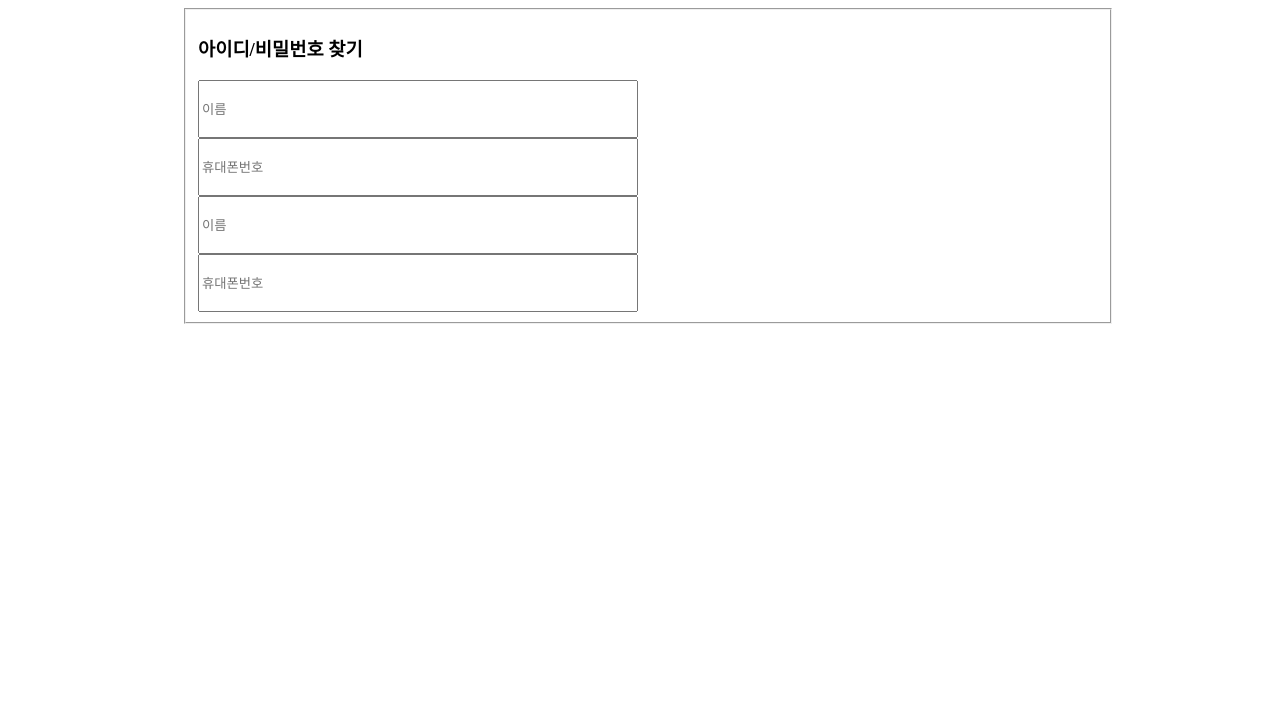
Repository: agheha/trillion
Page: YH/study_project/html/find.html
An editor plug-in stored every save of this project. The page is shown before and after a run of saves, followed by the edit.
The browser window is 1280 px wide. The page is 1288 px wide, so the pictures cover 1288 px, including what lies to the right of the window. The pictures show the whole page.

Above is the page before, as saved 2019-09-04 18:24:23.

### YH/study_project/html/find.html
<!DOCTYPE html>
<html lang="en">
<head>
    <meta charset="UTF-8">
    <meta name="viewport" content="width=device-width, initial-scale=1.0">
    <meta http-equiv="X-UA-Compatible" content="ie=edge">
    <title>Document</title>
    <link rel="stylesheet" href="./../css/find.css">
</head>
<body>
    <div>
        <fieldset>
            <form action="">
                <h3>아이디/비밀번호 찾기</h3>
                    <div class="row"></div>
                    <span>
                        <input class="form_find"type="text" id="name" placeholder="이름">
                        <div>
                            <input class="form_find"type="text" id="pass" placeholder="휴대폰번호">
                        </div>
                    </span>
                    <span>
                        <input class="form_find"type="text" id="name" placeholder="이름">
                        <div>
                            <input class="form_find"type="text" id="pass" placeholder="휴대폰번호">
                        </div>
                    </span>

                    <span></span>
                    <div class="row"></div>
            </form>

            </form>
        </fieldset>
    </div>
</body>
</html>

### YH/study_project/css/find.css
html,body {
    width: 100%;
    height: 100%;
}
fieldset {
    width : 900px;
    margin : 0 auto;

}
.form_find {
    width : 48%;
    height: 52px;
}
span {
    width : 25%;
}

After the next 2 saves:
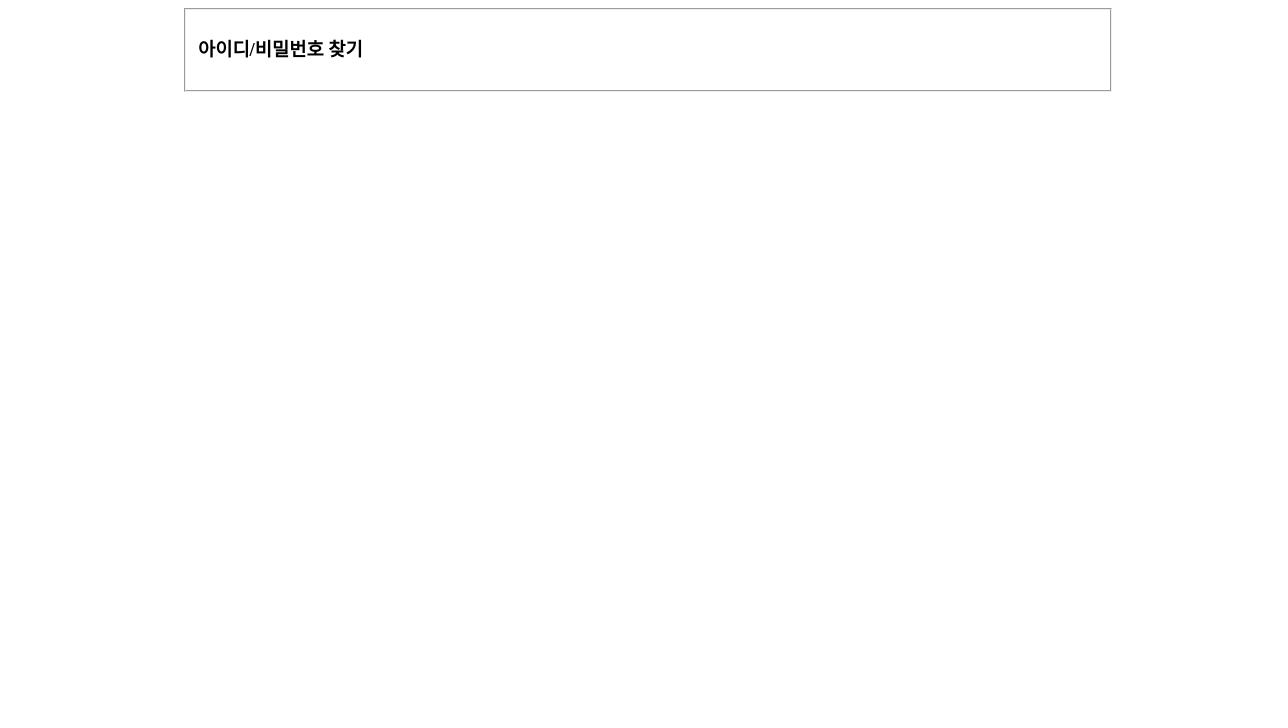
The 2 saves are shown as one change because they came seconds apart.
The last was saved 36 min 31 s later.
--- a/YH/study_project/html/find.html
+++ b/YH/study_project/html/find.html
@@ -13,7 +13,8 @@
             <form action="">
                 <h3>아이디/비밀번호 찾기</h3>
                     <div class="row"></div>
-                    <span>
+
+                    <!-- <span>
                         <input class="form_find"type="text" id="name" placeholder="이름">
                         <div>
                             <input class="form_find"type="text" id="pass" placeholder="휴대폰번호">
@@ -24,7 +25,7 @@
                         <div>
                             <input class="form_find"type="text" id="pass" placeholder="휴대폰번호">
                         </div>
-                    </span>
+                    </span> -->
 
                     <span></span>
                     <div class="row"></div>

After the 2 saves that followed:
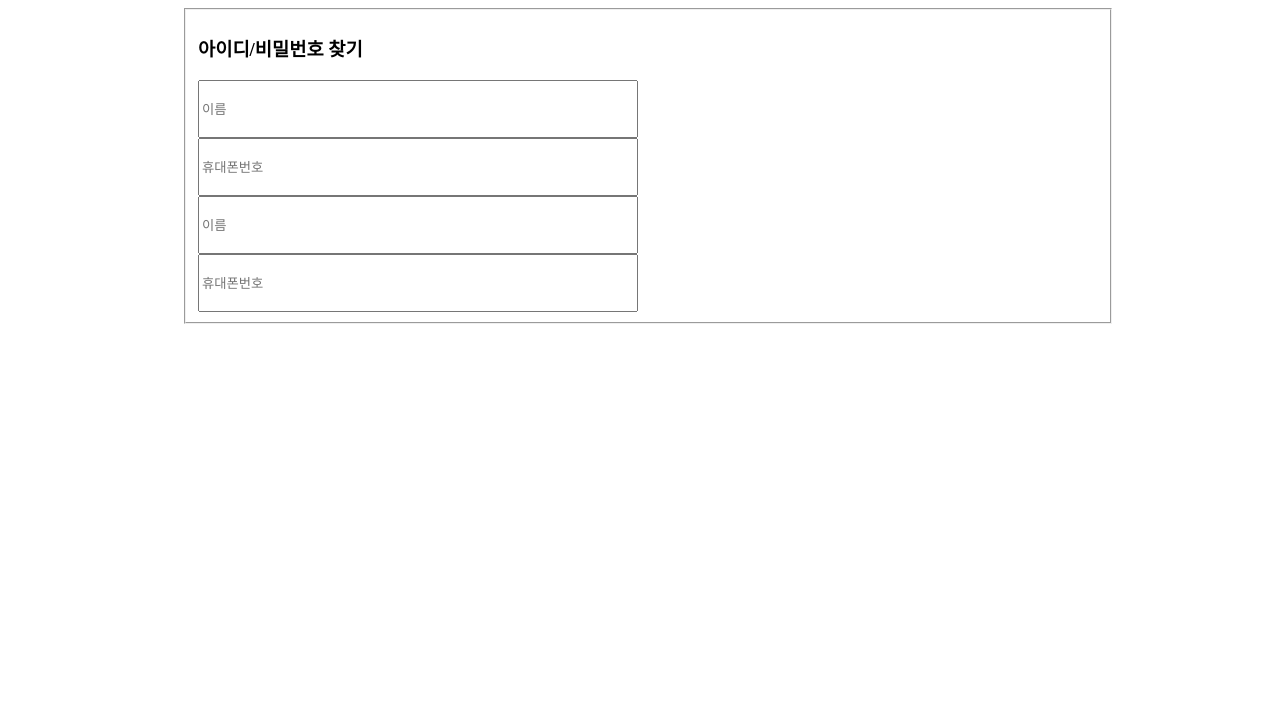
The 2 saves are shown as one change because they came seconds apart.
The last was saved 9 s later.
--- a/YH/study_project/html/find.html
+++ b/YH/study_project/html/find.html
@@ -13,7 +13,18 @@
             <form action="">
                 <h3>아이디/비밀번호 찾기</h3>
                     <div class="row"></div>
-
+                    <span>
+                        <input class="form_find"type="text" id="name" placeholder="이름">
+                        <div>
+                            <input class="form_find"type="text" id="pass" placeholder="휴대폰번호">
+                        </div>
+                    </span>
+                    <span>
+                        <input class="form_find"type="text" id="name" placeholder="이름">
+                        <div>
+                            <input class="form_find"type="text" id="pass" placeholder="휴대폰번호">
+                        </div>
+                        </span>
                     <!-- <span>
                         <input class="form_find"type="text" id="name" placeholder="이름">
                         <div>
